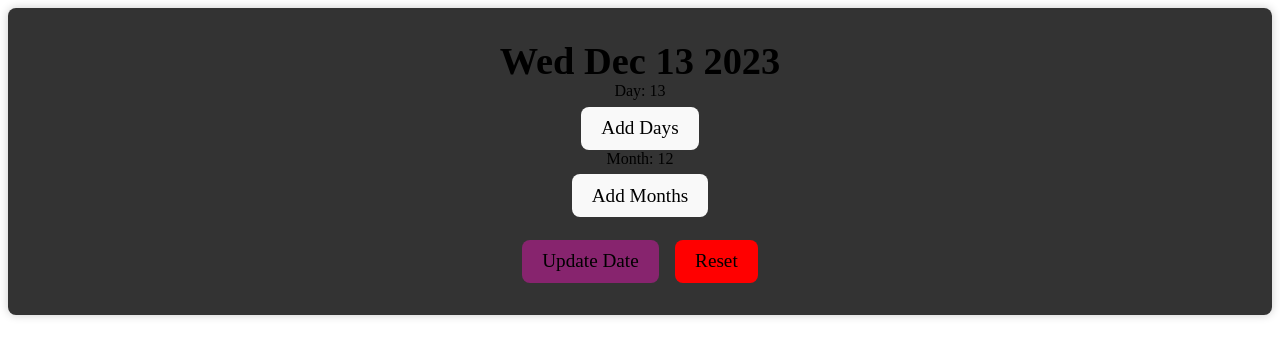
Repository: Tobby004/secondvue-assignment
Page: / (app in second-vue/)
These files come from the project's save history. The page is drawn as it stood at one moment and after the next save; the edit follows.
The browser window is 1280 px wide. The pictures show the whole page.
The project was rebuilt for these pictures with package versions that can differ from the ones it lists, and the page was loaded fresh each time. Also part of the build but not shown: second-vue/vue.config.js.

Above is the page before, as saved 2023-12-13 14:50:15.

### second-vue/src/main.js
import { createApp } from 'vue';
import App from './App.vue';

const app = createApp(App);

app.mount('#app');

### second-vue/src/App.vue
<template>
 <div class="container">
    <h1 class="white-text">{{ formattedDate }}</h1>

    <div>
      <p class="white-text">
        Day: {{ newDay }}
        <span v-if="addedDay > 0" class="white-text">
          <template v-if="addedDay === 1"> (+ {{ addedDay }} day)</template>
          <template v-else> (+ {{ addedDay }} days)</template>
        </span>
      </p>
      <button @click="handleAddedDay">Add Days</button>
    </div>

    <div>
      <p class="white-text">
        Month: {{ newMonth }}
        <span v-if="addedMonth > 0" class="white-text">
          <template v-if="addedMonth === 1"> (+ {{ addedMonth }} month)</template>
          <template v-else> (+ {{ addedMonth }} months)</template>
        </span>
      </p>
      <button @click="handleAddedMonth">Add Months</button>
    </div>

    <div class="action-btn">
      <button @click="handleChangeDate" class="change-btn white-text" title="Click to set new date">
        Update Date
      </button>
      <button @click="handleReset" class="reset-btn white-text">Reset</button>
    </div>
  </div>
</template>

<script>
export default {
  data() {
    return {
      currentDate: new Date(),
      addedDay: 0,
      addedMonth: 0,
    };
  },
  computed: {
    formattedDate() {
      return this.currentDate.toDateString();
    },
    newDay() {
      return this.addDay(this.addedDay).getDate();
    },
    newMonth() {
      return this.addMonth(this.addedMonth).getMonth() + 1;
    },
  },
  methods: {
    addDay(numberOfDays) {
      const newDate = new Date(this.currentDate);
      newDate.setDate(newDate.getDate() + numberOfDays);
      return newDate;
    },
    addMonth(numberOfMonths) {
      const newDate = new Date(this.currentDate);
      newDate.setMonth(newDate.getMonth() + numberOfMonths);
      return newDate;
    },
    handleAddedDay() {
      this.addedDay += 1;
    },
    handleAddedMonth() {
      this.addedMonth += 1;
    },
    handleChangeDate() {
      const resultDate = this.addMonth(this.addedMonth, this.addDay(this.addedDay));
      this.currentDate = resultDate;
    },
    handleReset() {
      this.currentDate = new Date();
      this.addedDay = 0;
      this.addedMonth = 0;
    },
  },
};
</script>


<style scoped>
:root {
  font-family: Inter, system-ui, Avenir, Helvetica, Arial, sans-serif;
  line-height: 1.5;
  font-weight: 400;
  color-scheme: light dark;
  color: white);
  background-color: #242424;
  font-synthesis: none;
  text-rendering: optimizeLegibility;
  -webkit-font-smoothing: antialiased;
  -moz-osx-font-smoothing: grayscale;
}
.container {
  background-color: #333;
  padding: 2rem;
  border-radius: 8px;
  box-shadow: 0 0 10px rgba(0, 0, 0, 0.2);
  text-align: center;
  display: flex;
  flex-direction: column;
  align-items: center;
}

* {
  margin: 0;
  padding: 0;
  box-sizing: border-box;
}

html {
  font-size: 62.5%;
}

body {
  min-width: 32rem;
  min-height: 100vh;
  font-size: 1.6rem;
  display: flex;
  place-items: center;
  justify-content: center;
  align-items: center;
}

h1 {
  font-size: 2.4rem;
  line-height: 1.1;
}

button {
  border-radius: 8px;
  border: 1px solid transparent;
  padding: 0.6rem 1.2rem;
  margin-top: 0.4rem;
  font-size: 1.2rem;
  font-weight: 500;
  font-family: inherit;
  background-color: blue;
  cursor: pointer;
  transition: border-color 0.25s;
}

button:hover {
  border-color: #646cff;
}

button:focus,
button:focus-visible {
  outline: 4px auto -webkit-focus-ring-color;
}

#app {
  padding: 2rem;
  text-align: center;
}

.app {
  display: flex;
  flex-direction: column;
  align-items: center;
  gap: 2rem;
}

.action-btn {
  display: flex;
  gap: 2rem;
}

.action-btn {
  margin-top: 1rem;
  display: flex;
  gap: 1rem;
  align-items: center;
}

.change-btn {
  background-color: rgb(135, 36, 110);
}

.reset-btn {
  background-color: red;
}

@media (prefers-color-scheme: light) {
  :root {
    color: #213547;
    background-color: #ffffff;
  }

  button {
    background-color: #f9f9f9;
  }
}
</style>

Loaded but not shown: second-vue/public/index.html (common file)

After the next save:
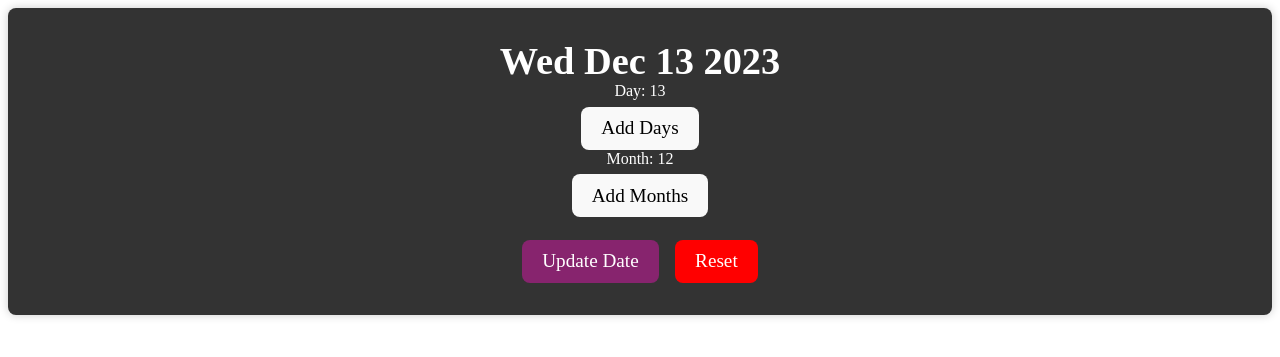
Saved 45 s later.
--- a/second-vue/src/App.vue
+++ b/second-vue/src/App.vue
@@ -117,7 +117,9 @@ export default {
 html {
   font-size: 62.5%;
 }
-
+.white-text {
+  color: white;
+}
 body {
   min-width: 32rem;
   min-height: 100vh;
